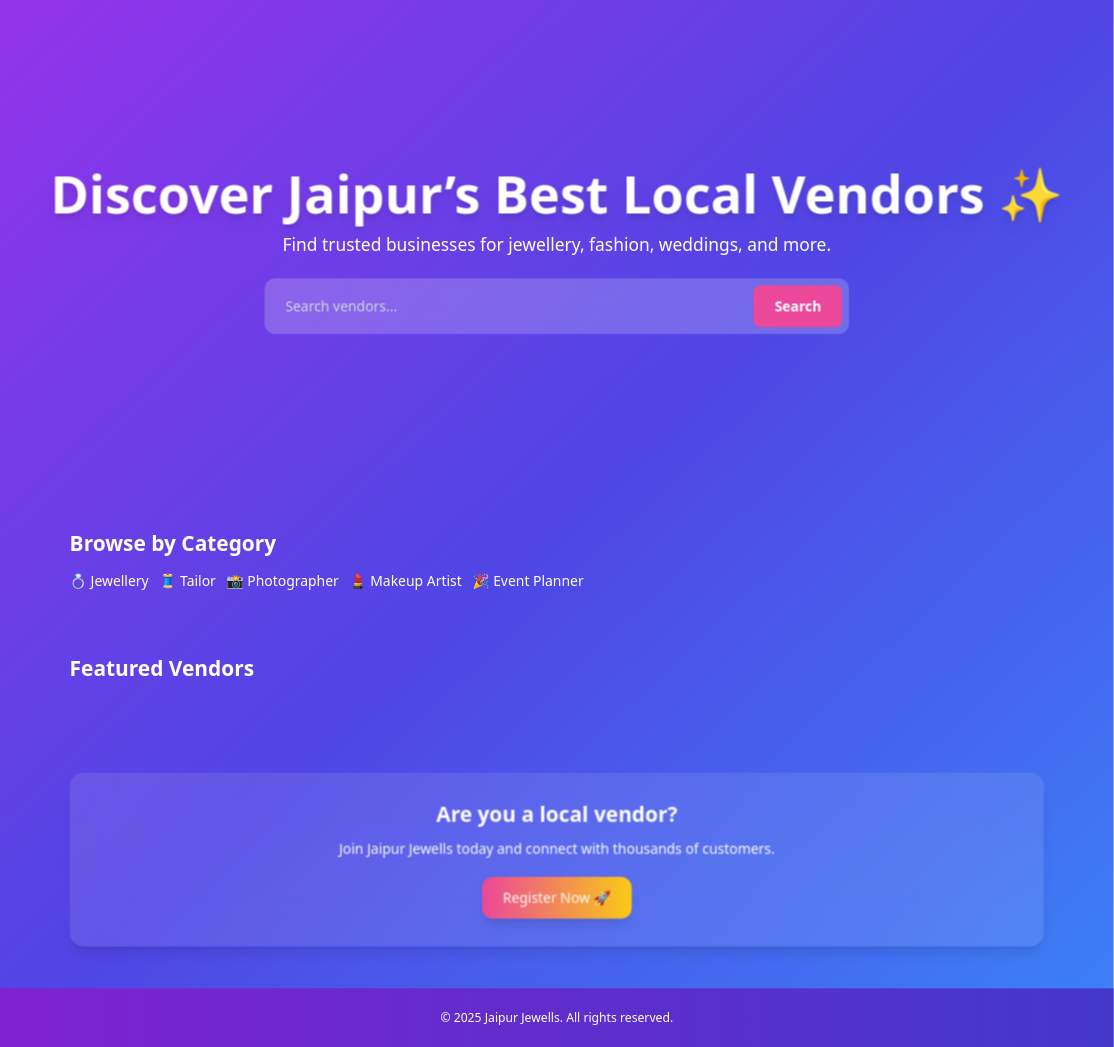
Repository: aayushtailor/VendorConnect
Page: index.html
The author's editor kept a copy of each file at every save. The page is drawn from the files as they stood at one save, then again after the next save.
The browser window is 1280 px wide. The pictures show the whole page, at 87% of full size.
Some web libraries are served in a nearby version.

Above is the page before, as saved 2025-09-20 11:17:56.
Console error: TypeError: Cannot read properties of null (reading 'value')

### index.html
<!doctype html>
<html lang="en">
<head>
  <meta charset="utf-8" />
  <meta name="viewport" content="width=device-width, initial-scale=1" />
  <title>Jaipur Jewells — Trendy Vendor Directory</title>
  <script src="https://cdn.tailwindcss.com"></script>
  <link href="https://unpkg.com/aos@2.3.1/dist/aos.css" rel="stylesheet">
  <script src="https://unpkg.com/aos@2.3.1/dist/aos.js"></script>
  <link rel="stylesheet" href="styles.css">
</head>
<body class="bg-gradient-to-br from-purple-600 via-indigo-600 to-blue-500 text-white">

  <!-- Hero Section -->
  <section class="relative h-[80vh] flex flex-col justify-center items-center text-center px-4">
    <h1 data-aos="fade-up" class="text-4xl md:text-6xl font-extrabold mb-4 drop-shadow-lg">
      Discover Jaipur’s Best Local Vendors ✨
    </h1>
    <p data-aos="fade-up" data-aos-delay="200" class="text-lg md:text-xl mb-6">
      Find trusted businesses for jewellery, fashion, weddings, and more.
    </p>
    <div data-aos="fade-up" data-aos-delay="400" class="flex w-full max-w-2xl bg-white/20 backdrop-blur-lg rounded-xl p-2">
      <input id="searchInput" placeholder="Search vendors..." class="flex-1 bg-transparent px-4 py-3 text-white placeholder-gray-300 focus:outline-none" />
      <button id="searchBtn" class="px-6 py-3 bg-pink-500 hover:bg-pink-600 rounded-lg text-white font-semibold">
        Search
      </button>
    </div>
  </section>

  <!-- Categories -->
  <section class="max-w-6xl mx-auto px-4 py-8">
    <h2 class="text-2xl font-bold mb-4">Browse by Category</h2>
    <div class="flex gap-3 overflow-x-auto pb-2">
      <div class="category-chip">💍 Jewellery</div>
      <div class="category-chip">🧵 Tailor</div>
      <div class="category-chip">📸 Photographer</div>
      <div class="category-chip">💄 Makeup Artist</div>
      <div class="category-chip">🎉 Event Planner</div>
    </div>
  </section>

  <!-- Vendors -->
  <section class="max-w-6xl mx-auto px-4 py-8">
    <h2 class="text-2xl font-bold mb-6">Featured Vendors</h2>
    <div id="vendorsGrid" class="grid grid-cols-1 sm:grid-cols-2 lg:grid-cols-3 gap-6"></div>
    <p id="noResults" class="text-center text-gray-200 mt-8 hidden">No vendors found.</p>
  </section>

  <!-- CTA Banner -->
  <section class="max-w-6xl mx-auto px-4 py-12 text-center">
    <div class="bg-white/10 backdrop-blur-xl rounded-2xl p-8 shadow-lg">
      <h3 class="text-2xl font-bold mb-3">Are you a local vendor?</h3>
      <p class="mb-5">Join Jaipur Jewells today and connect with thousands of customers.</p>
      <button id="openRegister" class="px-6 py-3 bg-gradient-to-r from-pink-500 to-yellow-400 text-white rounded-xl shadow-lg hover:scale-105 transition">
        Register Now 🚀
      </button>
    </div>
  </section>

  <!-- Footer -->
  <footer class="bg-gradient-to-r from-purple-700 to-indigo-700 text-center py-6">
    <p class="text-sm">&copy; 2025 Jaipur Jewells. All rights reserved.</p>
  </footer>

  <script src="app.js"></script>
  <script>AOS.init({ duration: 800, once: true });</script>
</body>
</html>

### styles.css
/* Custom styles */
body {
  font-family: ui-sans-serif, system-ui, -apple-system, 'Segoe UI', Roboto, Arial, sans-serif;
}

#registerModal { display: flex; }
#registerModal.hidden { display: none; }

### app.js
// Dummy data (later connect with Flask)
const dummyVendors = [
  { id: 1, name: "Aayush Tailor", business_name: "Elegant Stitches", category: "Tailor", city: "Jaipur", description: "Custom clothing and modern designs.", phone: "9998887777" },
  { id: 2, name: "Rohan Jewels", business_name: "Rohan Goldsmith", category: "Jewellery", city: "Jaipur", description: "Traditional and modern gold jewellery.", whatsapp: "9995554444" }
];

function makeCard(v){
  return `
    <div data-aos="fade-up" class="bg-white rounded-lg shadow overflow-hidden">
      <img src="placeholder.jpg" class="w-full h-44 object-cover" />
      <div class="p-4">
        <h3 class="text-lg font-semibold">${v.business_name || v.name}</h3>
        <p class="text-sm text-gray-500">${v.category} • ${v.city}</p>
        <p class="mt-2 text-sm text-gray-700">${(v.description||'').slice(0,120)}</p>
        <div class="mt-3 flex justify-between items-center">
          <a href="vendor.html?id=${v.id}" class="text-sm text-indigo-600">View profile</a>
          <div class="flex gap-2">
            ${v.phone?`<a href="tel:${v.phone}" class="text-sm px-3 py-1 border rounded">Call</a>`:''}
            ${v.whatsapp?`<a href="https://wa.me/${v.whatsapp}" target="_blank" class="text-sm px-3 py-1 border rounded">WhatsApp</a>`:''}
          </div>
        </div>
      </div>
    </div>
  `;
}

function render(){
  const grid = document.getElementById('vendorsGrid');
  const search = document.getElementById('searchInput').value.toLowerCase();
  const cat = document.getElementById('categoryFilter').value.toLowerCase();
  const filtered = dummyVendors.filter(v=>{
    const text = `${v.business_name} ${v.name} ${v.category} ${v.city}`.toLowerCase();
    return (!cat || v.category.toLowerCase().includes(cat)) && (!search || text.includes(search));
  });
  grid.innerHTML = filtered.map(makeCard).join('');
  document.getElementById('noResults').classList.toggle('hidden', filtered.length>0);
  AOS.refresh();
}

document.addEventListener('DOMContentLoaded', ()=>{
  render();
  document.getElementById('searchBtn').onclick = render;
  document.getElementById('categoryFilter').onchange = render;

  const modal = document.getElementById('registerModal');
  document.getElementById('openRegister').onclick = ()=> modal.classList.remove('hidden');
  document.getElementById('closeRegister').onclick = ()=> modal.classList.add('hidden');

  document.getElementById('registerForm').onsubmit = (e)=>{
    e.preventDefault();
    alert("Registration form submitted (frontend only, backend coming soon).");
    modal.classList.add('hidden');
  };
});

After the next save:
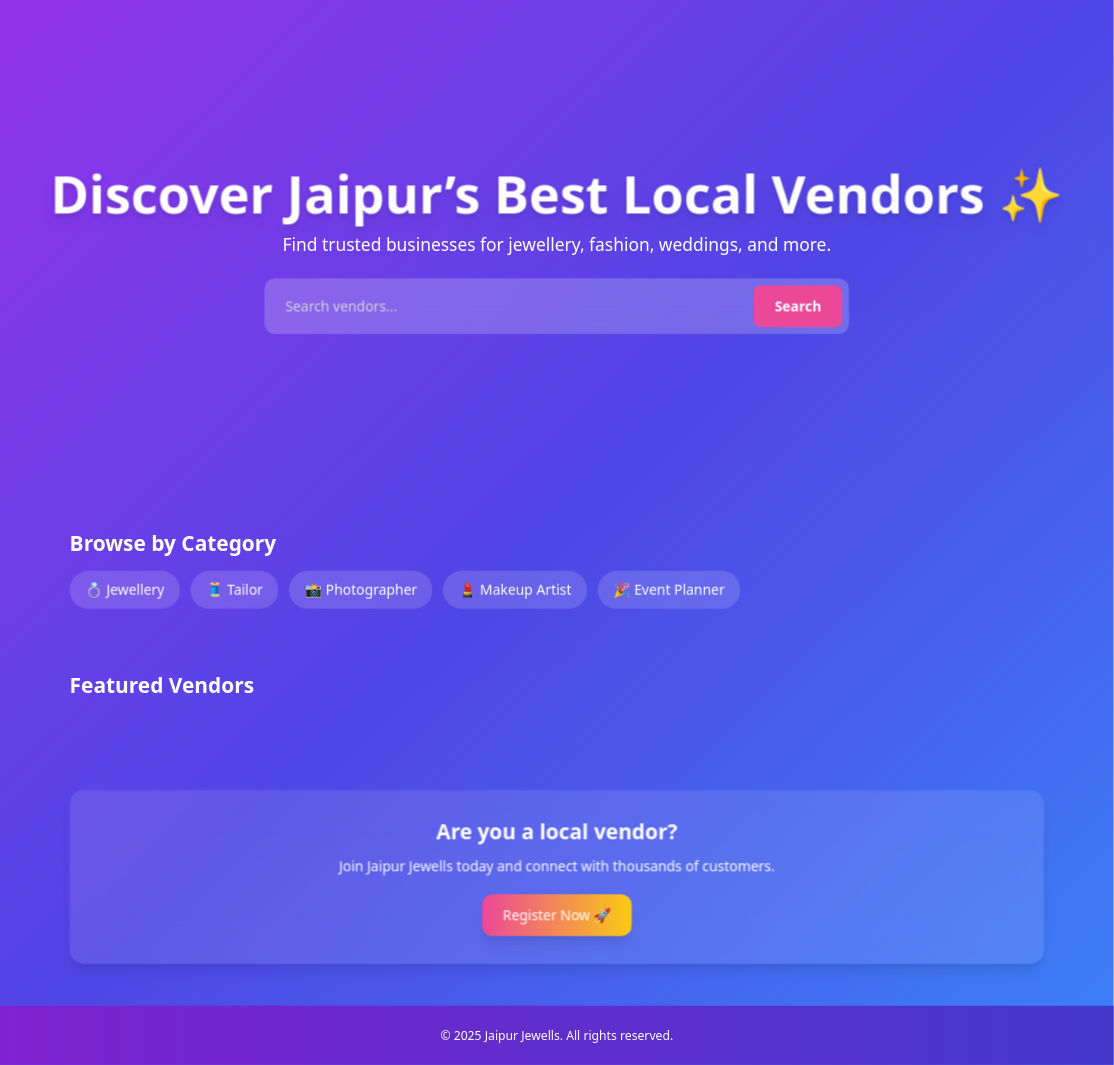
Saved 10 s later.
--- a/styles.css
+++ b/styles.css
@@ -5,3 +5,16 @@
 
 #registerModal { display: flex; }
 #registerModal.hidden { display: none; }
+.category-chip {
+  background: rgba(255,255,255,0.15);
+  backdrop-filter: blur(10px);
+  padding: 10px 18px;
+  border-radius: 9999px;
+  font-weight: 500;
+  white-space: nowrap;
+  transition: 0.2s;
+}
+.category-chip:hover {
+  background: rgba(255,255,255,0.25);
+  cursor: pointer;
+}
